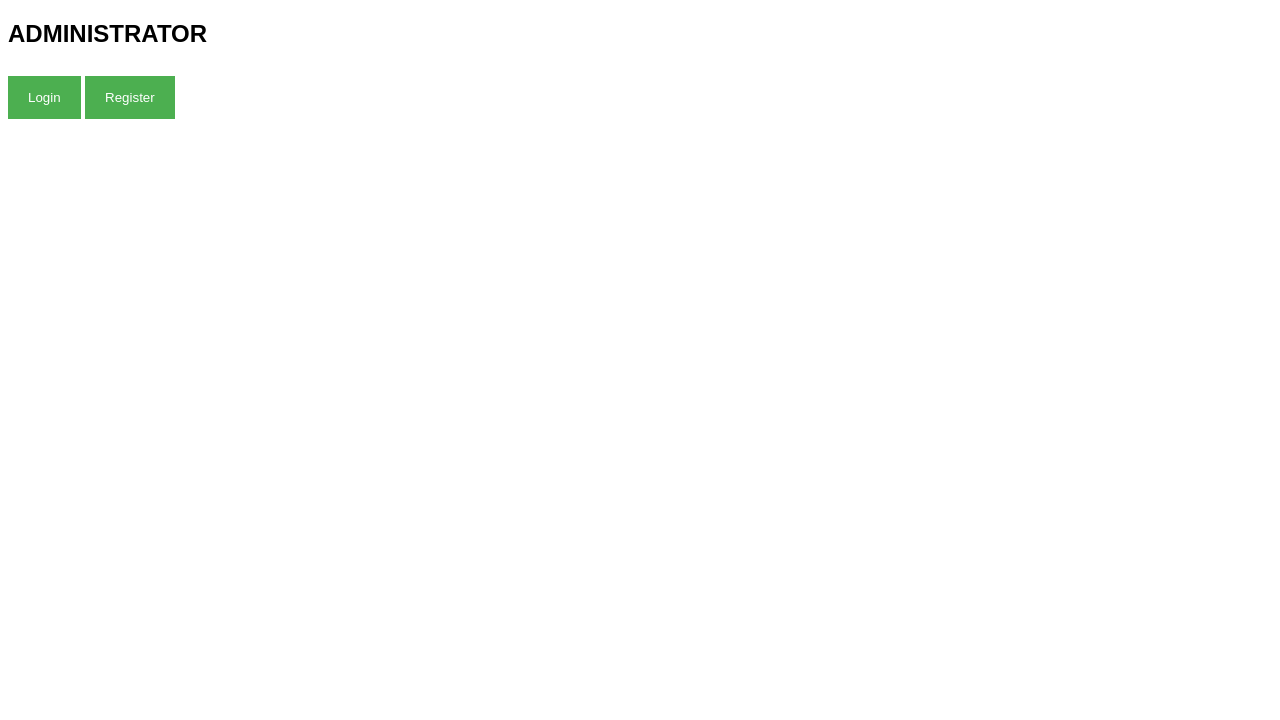
Repository: Malz6/DBMS-ActivityTracking
Page: dbs/WebContent/admin.html
The author's editor kept a copy of each file at every save. The page is drawn from the files as they stood at one save, then again after the next save.
The browser window is 1280 px wide. The pictures show the whole page.

Above is the page before, as saved 2019-12-12 13:23:12.

### dbs/WebContent/admin.html
<!DOCTYPE html>
<html>
<head>
<meta name="viewport" content="width=device-width, initial-scale=1">
<style>
body {font-family: Arial, Helvetica, sans-serif;}
/* Full-width input fields */
input[type=text], input[type=password] {
  width: 100%;
  padding: 12px 20px;
  margin: 8px 0;
  display: inline-block;
  border: 1px solid #ccc;
  box-sizing: border-box;
}
/* Set a style for all buttons */
button {
  background-color: #4CAF50;
  color: white;
  padding: 14px 20px;
  margin: 8px 0;
  border: none;
  cursor: pointer;
  width: 100%;
}
button:hover {
  opacity: 0.8;
}
/* Extra styles for the cancel button */
.cancelbtn {
  width: auto;
  padding: 10px 18px;
  background-color: #f44336;
}
/* Center the image and position the close button */
.imgcontainer {
  text-align: center;
  margin: 24px 0 12px 0;
  position: relative;
}
img.avatar {
  width: 40%;
  border-radius: 50%;
}
.container {
  padding: 16px;
}
span.psw {
  float: right;
  padding-top: 16px;
}
/* The Modal (background) */
.modal {
  display: none; /* Hidden by default */
  position: fixed; /* Stay in place */
  z-index: 1; /* Sit on top */
  left: 0;
  top: 0;
  width: 100%; /* Full width */
  height: 100%; /* Full height */
  overflow: auto; /* Enable scroll if needed */
  background-color: rgb(0,0,0); /* Fallback color */
  background-color: rgba(0,0,0,0.4); /* Black w/ opacity */
  padding-top: 60px;
}
/* Modal Content/Box */
.modal-content {
  background-color: #fefefe;
  margin: 5% auto 15% auto; /* 5% from the top, 15% from the bottom and centered */
  border: 1px solid #888;
  width: 80%; /* Could be more or less, depending on screen size */
}
/* The Close Button (x) */
.close {
  position: absolute;
  right: 25px;
  top: 0;
  color: #000;
  font-size: 35px;
  font-weight: bold;
}
.close:hover,
.close:focus {
  color: red;
  cursor: pointer;
}
/* Add Zoom Animation */
.animate {
  -webkit-animation: animatezoom 0.6s;
  animation: animatezoom 0.6s
}
@-webkit-keyframes animatezoom {
  from {-webkit-transform: scale(0)}
  to {-webkit-transform: scale(1)}
}

@keyframes animatezoom {
  from {transform: scale(0)}
  to {transform: scale(1)}
}
/* Change styles for span and cancel button on extra small screens */
@media screen and (max-width: 300px) {
  span.psw {
     display: block;
     float: none;
  }
  .cancelbtn {
     width: 100%;
  }
}
</style>
</head>
<body>

<h2>ADMINISTRATOR</h2>

<button onclick="document.getElementById('id01').style.display='block'" style="width:auto;">Login</button>


<div id="id01" class="modal">

  <form class="modal-content animate" action="alog" method="post">
    <div class="imgcontainer">
      <span onclick="document.getElementById('id01').style.display='none'" class="close" title="Close Modal">&times;</span>
      <img src="C:\Users\cvsat\eclipse-workspace\dbsproject\dbs\WebContent\META-INF\img_avatar2.jpg" alt="Avatar" class="avatar">
    </div>

    <div class="container">
      <label for="uname"><b>Username</b></label>
      <input type="text" placeholder="Enter ID" name="id" required>

      <label for="psw"><b>Password</b></label>
      <input type="password" placeholder="YYYY-MM-DD" name="psw" required>

      <button type="submit">Login</button>

    </div>

    <div class="container" style="background-color:#f1f1f1">
      <button type="button" onclick="document.getElementById('id01').style.display='none'" class="cancelbtn">Cancel</button>

    </div>
  </form>
</div>



<button onclick="document.getElementById('id02').style.display='block'" style="width:auto;">Register</button>

<div id="id02" class="modal">

  <form class="modal-content animate" action="areg" method="post">
  <div class="imgcontainer">
      <span onclick="document.getElementById('id02').style.display='none'" class="close" title="Close Modal">&times;</span>

    <div class="container">
    <h1>Register</h1>
    <p>Please fill in this form to create an account.</p>
    <hr>

    <label for=""><b>ID</b></label>
    <input type="text" placeholder="eg : 1MS17CS017" name="id" required>

    <label for=""><b>First Name</b></label>
    <input type="text" placeholder="eg : Mike" name="fname" required>

    <label for=""><b>Last Name</b></label>
    <input type="text" placeholder="eg : Hannigan" name="lname" required>

    <label for=""><b>Sex</b></label>
    <input type="text" placeholder="Enter F or M " name="sex" required>

<label for=""><b>Designation</b></label>
    <input type="text" placeholder="Enter designation" name="des" required>

    <label for=""><b>Mobile Number</b></label>
    <input type="text" placeholder="Enter mobile number" name="num" required>

    <label for="email"><b>Email</b></label>
    <input type="text" placeholder="Enter Email" name="email" required>

    <label for="psw"><b>Password</b></label>
    <input type="password" placeholder="Enter date of birth eg : dd-mm-yyyy" name="psw" required>
    <hr>

    <button type="submit" class="registerbtn">Register</button>
  </div>

  <div class="container" style="background-color:#f1f1f1">
      <button type="button" onclick="document.getElementById('id02').style.display='none'" class="cancelbtn">Cancel</button>

    </div>
  </form>
</div>



<script>
// Get the modal
var modal = document.getElementById('id01','id02');
// When the user clicks anywhere outside of the modal, close it
window.onclick = function(event) {
    if (event.target == modal) {
        modal.style.display = "none";
    }
}
</script>

</body>
</html>

After the next save:
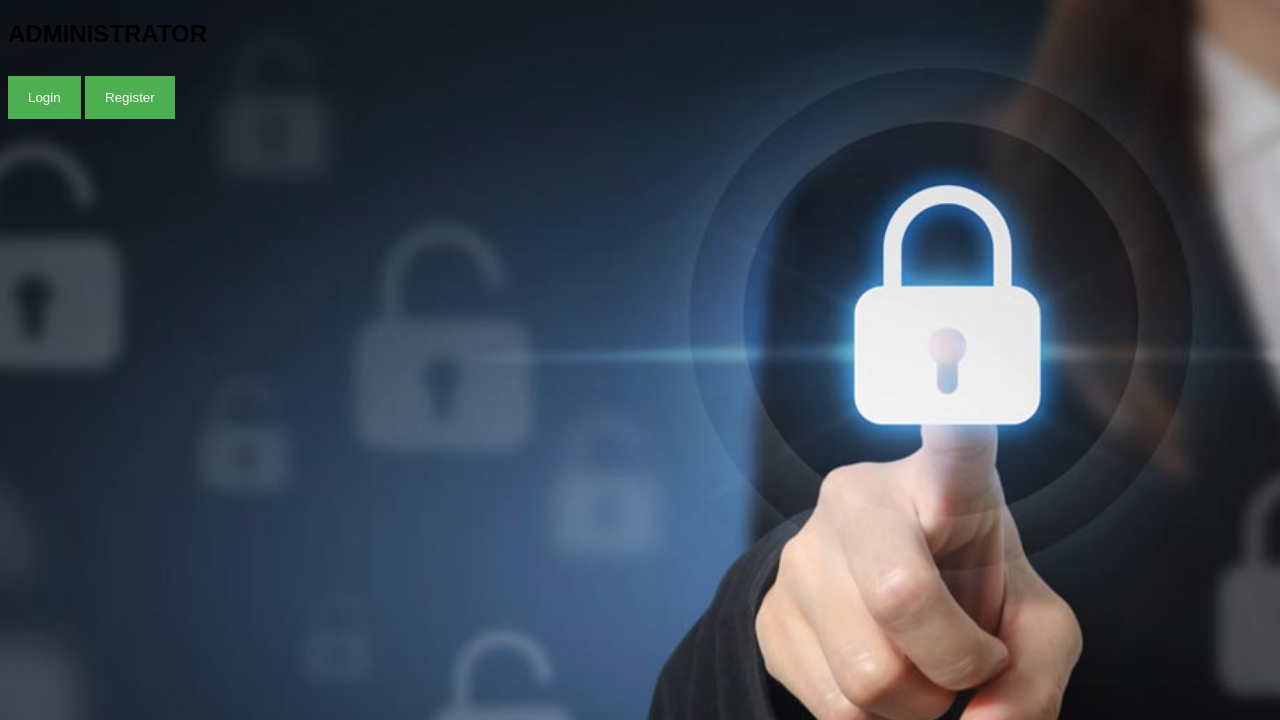
Saved 45 s later.
--- a/dbs/WebContent/admin.html
+++ b/dbs/WebContent/admin.html
@@ -3,7 +3,10 @@
 <head>
 <meta name="viewport" content="width=device-width, initial-scale=1">
 <style>
-body {font-family: Arial, Helvetica, sans-serif;}
+body {font-family: Arial, Helvetica, sans-serif;background-image: url('3.jpg');
+  	background-repeat: no-repeat;
+ 	background-attachment: fixed;
+ 	background-size: cover;}
 /* Full-width input fields */
 input[type=text], input[type=password] {
   width: 100%;
